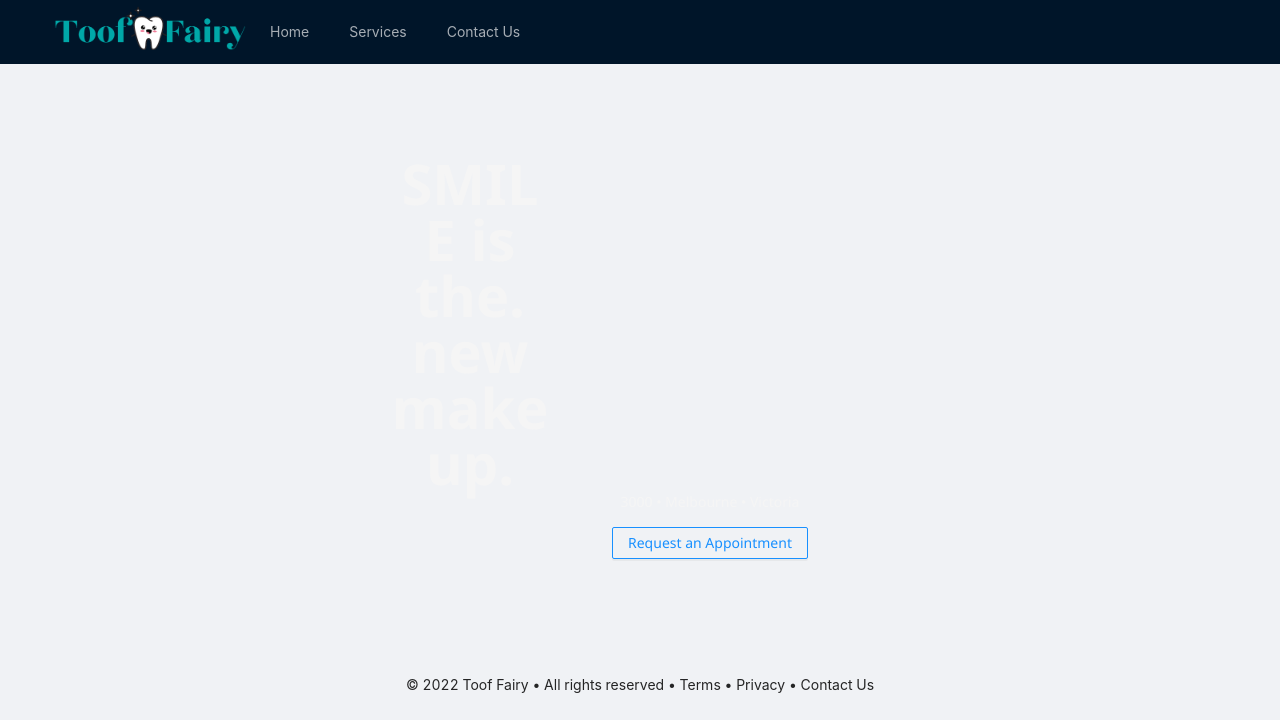
Repository: neldad1/dentist-app
Page: /
The author's editor kept a copy of each file at every save. The page is drawn from the files as they stood at one save, then again after the next save.
The browser window is 1280 px wide. The pictures show the whole page.
The project was rebuilt for these pictures with package versions that can differ from the ones it lists, and the page was loaded fresh each time. Also part of the build but not shown: src/components/Contact.jsx, src/components/Services/Cosmetic.jsx, src/components/Services/Resorative.jsx, src/components/Services/Preventative.jsx. Imported but missing from the stored project, and not drawn on this page: src/components/Services.

Above is the page before, as saved 2022-03-09 16:48:58.

After the next save:
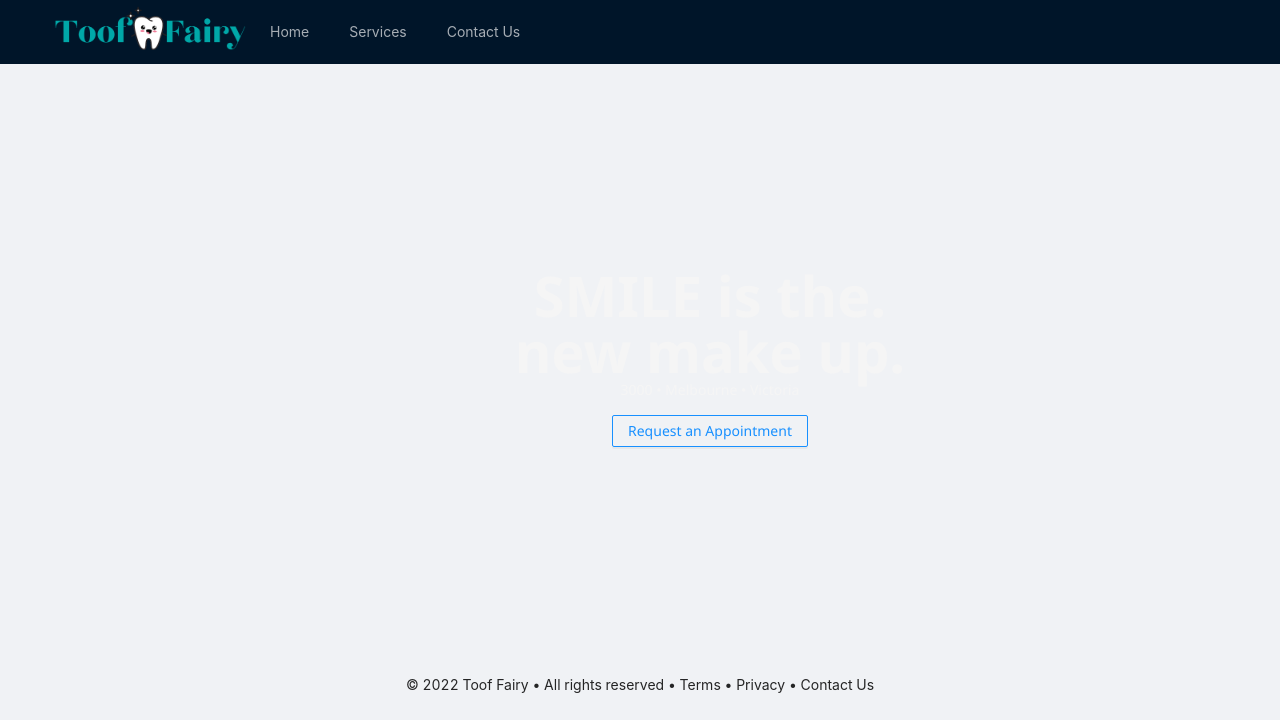
Saved 29 s later.
--- a/src/App.css
+++ b/src/App.css
@@ -50,8 +50,6 @@
   font-size: 2em;
   margin: 0;
   line-height: 1;
-  width: 50%;
-  word-wrap: break-word;
 }
 .tagline2 {
   font-size: 1em;
